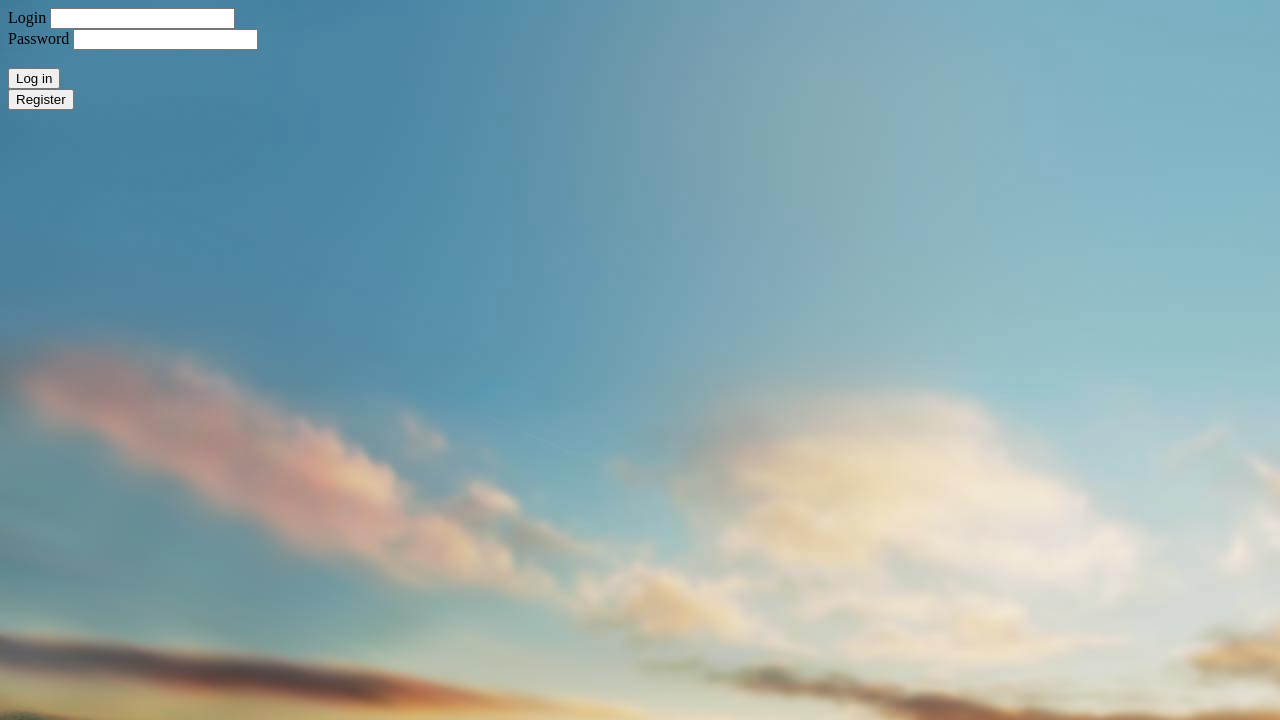
Repository: zlenyk/wrzucak
Page: http://localhost/Shop/index.html
An editor plug-in stored every save of this project. The page is shown before and after the next save, followed by the edit.
The browser window is 1280 px wide. The pictures show the whole page.
The page is served by Tomcat 9.

Above is the page before, as saved 2013-09-24 10:29:30.

### Shop/WebContent/index.html
<!DOCTYPE html PUBLIC "-//W3C//DTD XHTML 1.0 Transitional//EN" "http://www.w3.org/TR/xhtml1/DTD/xhtml1-transitional.dtd">
<html xmlns="http://www.w3.org/1999/xhtml">

<head>

	<title>Login Page</title>
	<link rel="Stylesheet" type="text/css" href="style.css" />
</head>

<body>

	<form method="post" action="http://localhost:8080/Shop/Login">


			<label for="login">Login</label>
			<input type="text" id="login" name="login"/>
			<div class="clear"></div>

			<label for="password">Password</label>
			<input type="password" id="password" name="password"/>
			<div class="clear"></div>

			<input type="hidden" name ="action" value = "login" />

			<br />

			<input type="submit" value="Log in"/>
	</form>

	<form  method="post" action="http://localhost:8080/Shop/registration.html">
			<input type="submit" value="Register"/>
	</form>
</body>

</html>

### Shop/WebContent/style.css
@CHARSET "UTF-8";

body {
	background-image:url("images/running_background.jpg");
}
.stretch-content{
/* Will stretch to width/height of element */
  background-size: 100% 100%;
}
ul, ul li {
	display: block;
	list-style: none;
	margin: 0;
	padding: 0;
}

ul {
	width: 150px;
	padding: 2px 2px 1px 2px;
	background-color: #9ce;
	border: 3px double #28e;
}

ul li {
	border-bottom: 1px solid #9ce;
}

ul a:link, ul a:visited {
	display: block;
	width: 126px;
	text-decoration: none;
	padding: 7px;
	font-weight: bold;
	background-color: #27c;
	color: #def;
	border-left: 10px solid #25b;
}

ul a:hover {
	width: 136px;
	background-color: #28e;
	color: #fff;
	border-left: 20px solid #26d;
}
.box
{
	font-family: "Lucida Sans Unicode", "Lucida Grande", Sans-Serif;
	font-size: 12px;
	margin: 45px;
	width: 480px;
	text-align: left;
	border-collapse: collapse;
}
.box th
{
	font-size: 13px;
	font-weight: normal;
	padding: 8px;
	background: #b9c9fe;
	border-top: 4px solid #aabcfe;
	border-bottom: 1px solid #fff;
	color: #039;
}
.box td
{
	padding: 8px;
	background: #e8edff;
	border-bottom: 1px solid #fff;
	color: #669;
	border-top: 1px solid transparent;
}
.box tr:hover td
{
	background: #d0dafd;
	color: #339;
}

After the next save:
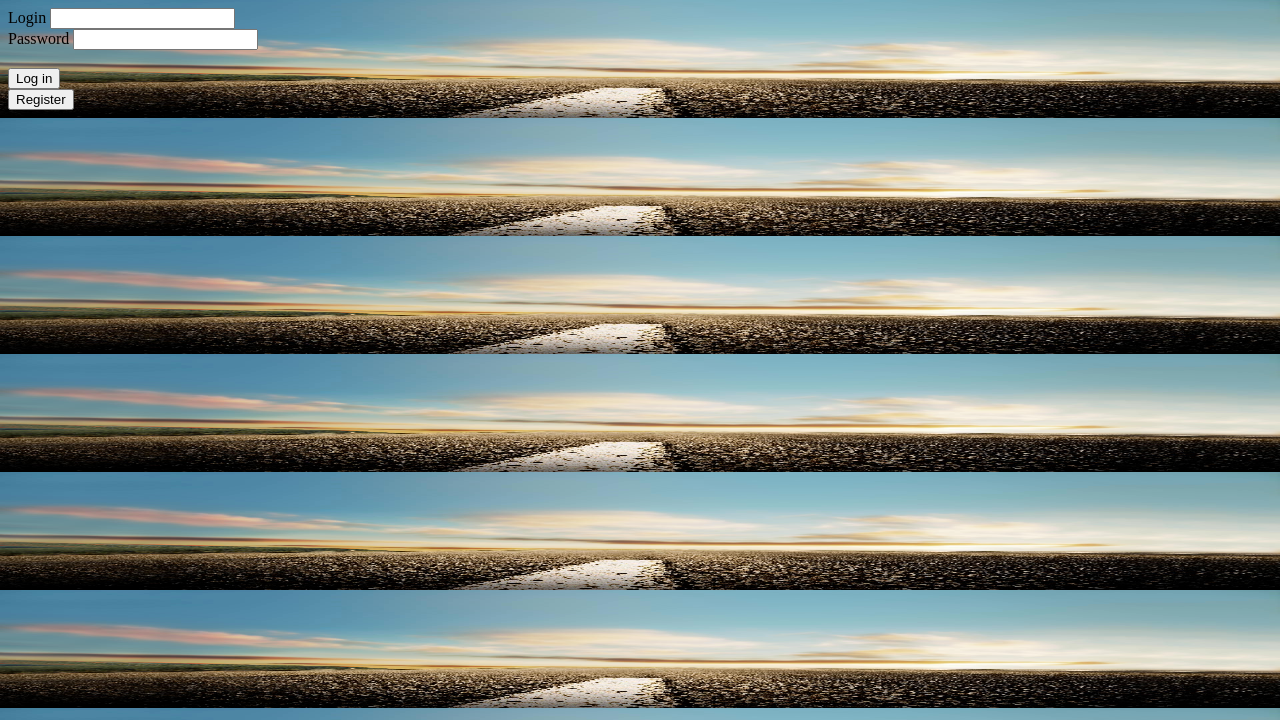
Saved 42 s later.
--- a/Shop/WebContent/style.css
+++ b/Shop/WebContent/style.css
@@ -2,10 +2,7 @@
 
 body {
 	background-image:url("images/running_background.jpg");
-}
-.stretch-content{
-/* Will stretch to width/height of element */
-  background-size: 100% 100%;
+	background-size:100% 100%;
 }
 ul, ul li {
 	display: block;

After the save that followed:
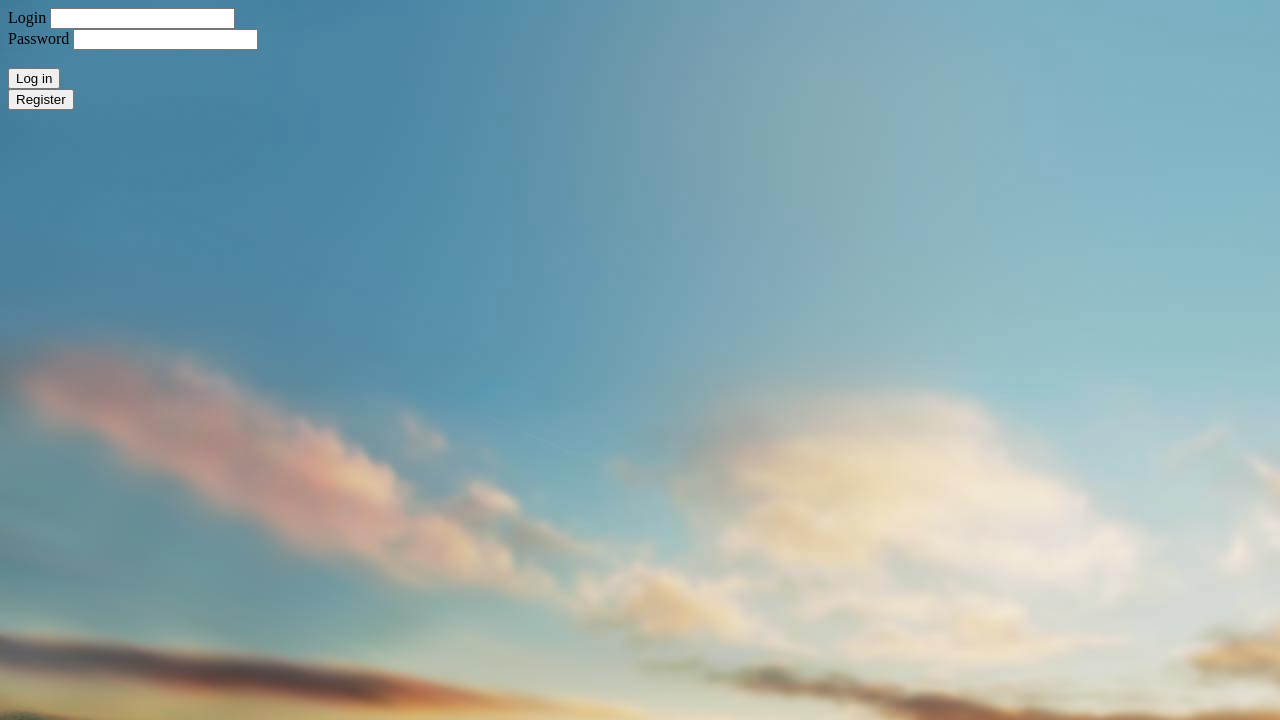
Saved 21 s later.
--- a/Shop/WebContent/style.css
+++ b/Shop/WebContent/style.css
@@ -2,7 +2,7 @@
 
 body {
 	background-image:url("images/running_background.jpg");
-	background-size:100% 100%;
+	background-size:100% 300;
 }
 ul, ul li {
 	display: block;
